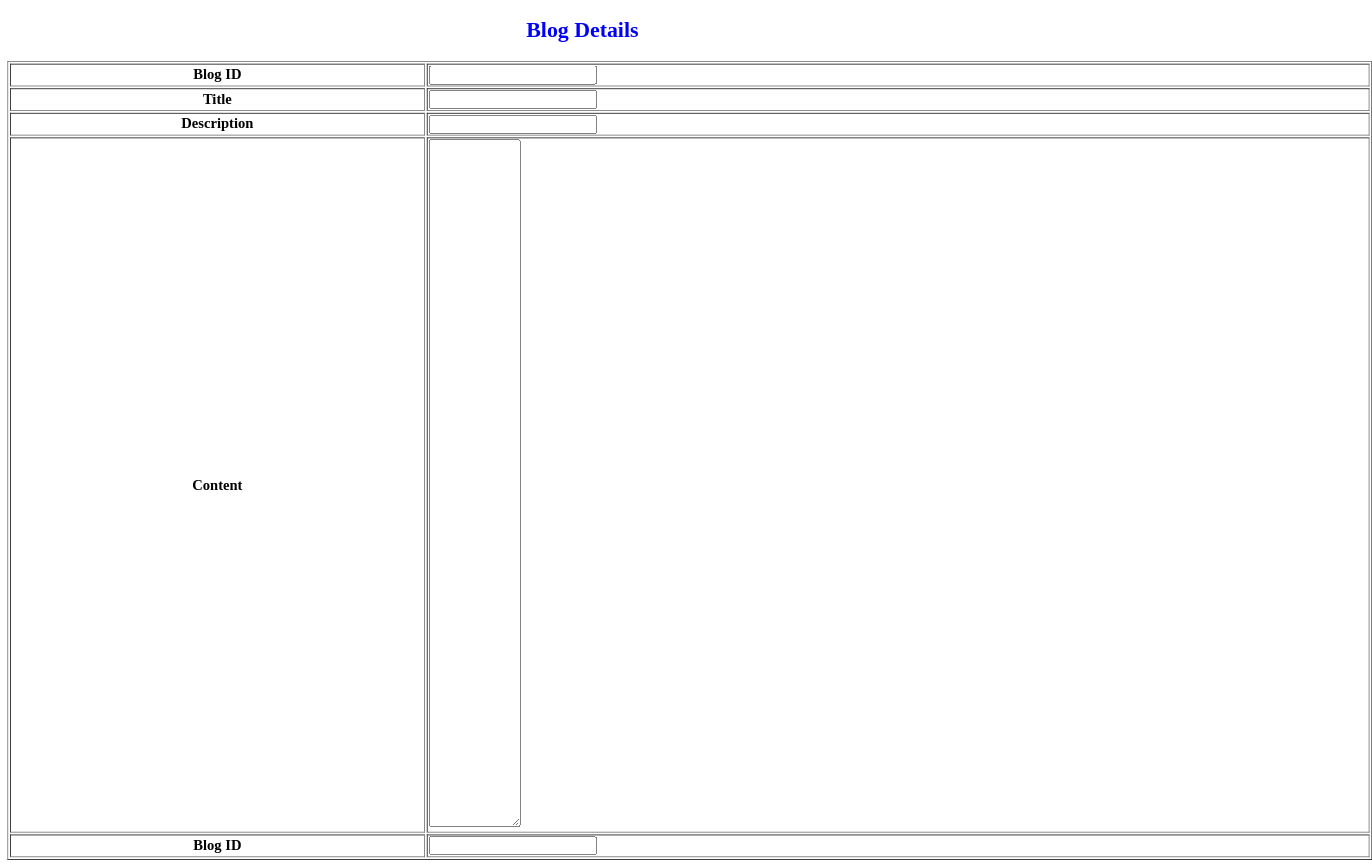
Repository: choubeyshubham018/CompleteJavaQuestions
Page: http://localhost/Ques_17_ServletBlogApplication/blog.jsp
An editor plug-in stored every save of this project. The page is shown before and after the next save, followed by the edit.
The browser window is 1280 px wide. The page is 1508 px wide, then 1280 px, so the pictures cover 1508 px, including what lies to the right of the window. The pictures show the whole page, at 91% of full size.
The page is served by Tomcat 9. Other server files are loaded and not shown.

Above is the page before, as saved 2023-09-19 07:16:57.

### Servlet Assignment/Ques_17_ServletBlogApplication/src/main/webapp/blog.jsp
<%@ page language="java" contentType="text/html; charset=ISO-8859-1"
    pageEncoding="ISO-8859-1"%>
<!DOCTYPE html>
<html>
<head>
<meta charset="ISO-8859-1">
<title>Blogging Page</title>
</head>
<body>
<h2 style="text-align: center; color: blue;"> Blog Details</h2>
<form action="/blog" method="post">
<table align="center" border="1" width="1500 px">
<tr>
	<th>Blog ID  </th>
	<td><input type="text" name="bid"></td>
</tr>

<tr>
	<th>Title  </th>
	<td><input type="text" name="title"></td>
</tr>
<tr>
	<th>Description  </th>
	<td><input type="text" name="bid"></td>
</tr>
<tr>
	<th>Content</th>
	<td><textarea rows="50" cols="10" name="content"></textarea></td>
</tr>
<tr>
	<th>Blog ID</th>
	<td><input type="text" name="bid"></td>
</tr>
</table>
</form>
</body>
</html>

After the next save:
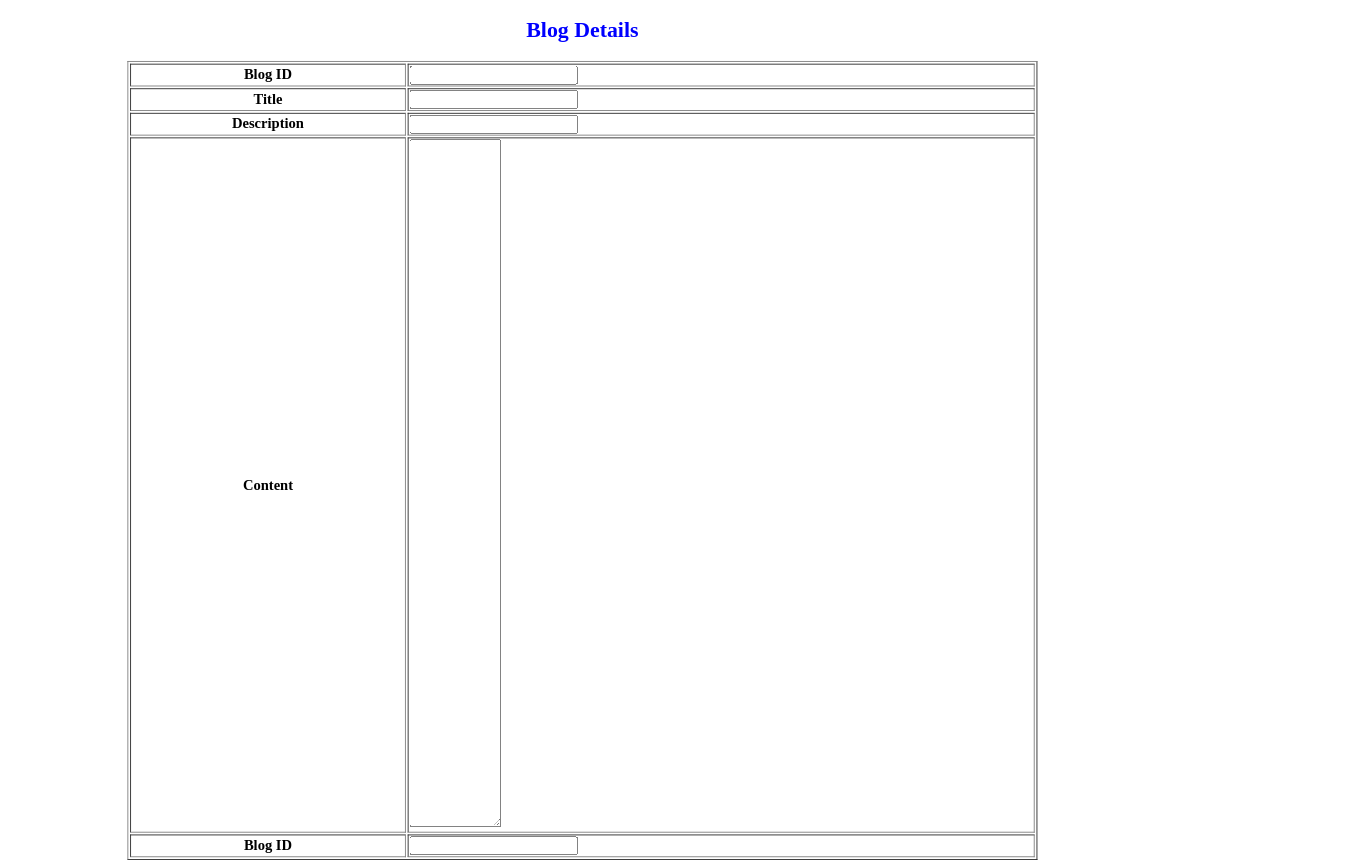
Saved 15 s later.
--- a/Servlet Assignment/Ques_17_ServletBlogApplication/src/main/webapp/blog.jsp
+++ b/Servlet Assignment/Ques_17_ServletBlogApplication/src/main/webapp/blog.jsp
@@ -9,7 +9,7 @@
 <body>
 <h2 style="text-align: center; color: blue;"> Blog Details</h2>
 <form action="/blog" method="post">
-<table align="center" border="1" width="1500 px">
+<table align="center" border="1" width="1000 px">
 <tr>
 	<th>Blog ID  </th>
 	<td><input type="text" name="bid"></td>
